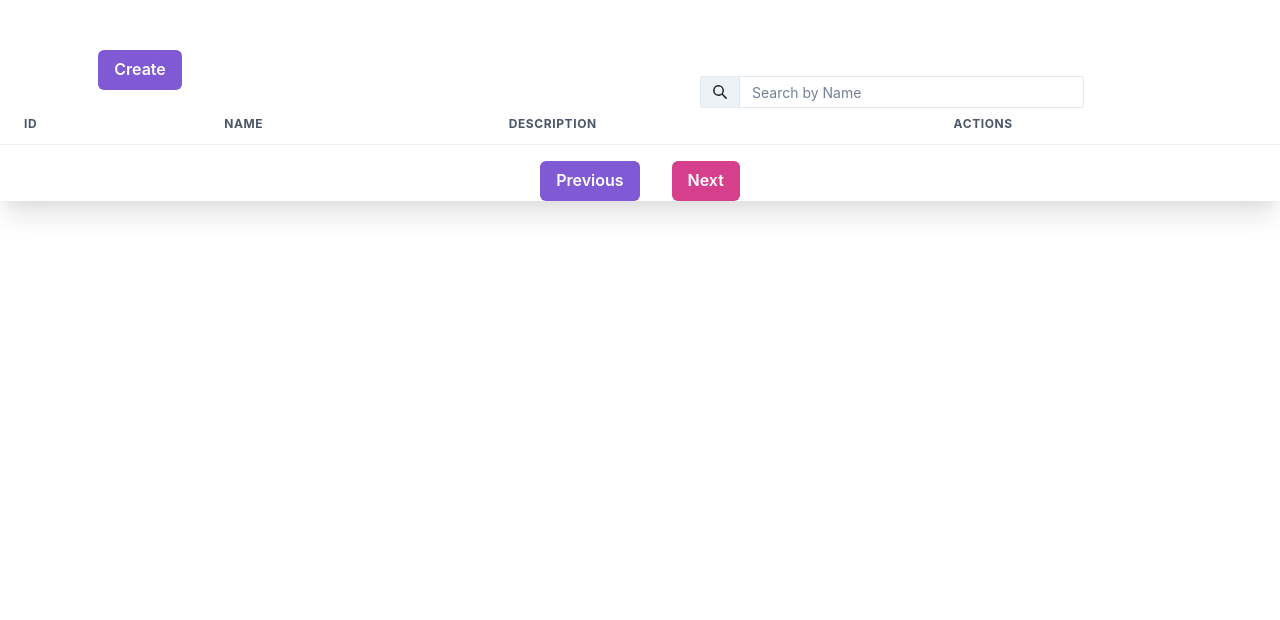
Repository: Andarg01/chakra-dashboard
Page: /
The author's editor kept a copy of each file at every save. The page is drawn from the files as they stood at one save, then again after the next save.
The browser window is 1280 px wide. The pictures show the whole page.
The project was rebuilt for these pictures with package versions that can differ from the ones it lists, and the page was loaded fresh each time.

Above is the page before, as saved 2024-03-05 02:37:31.

After the next save:
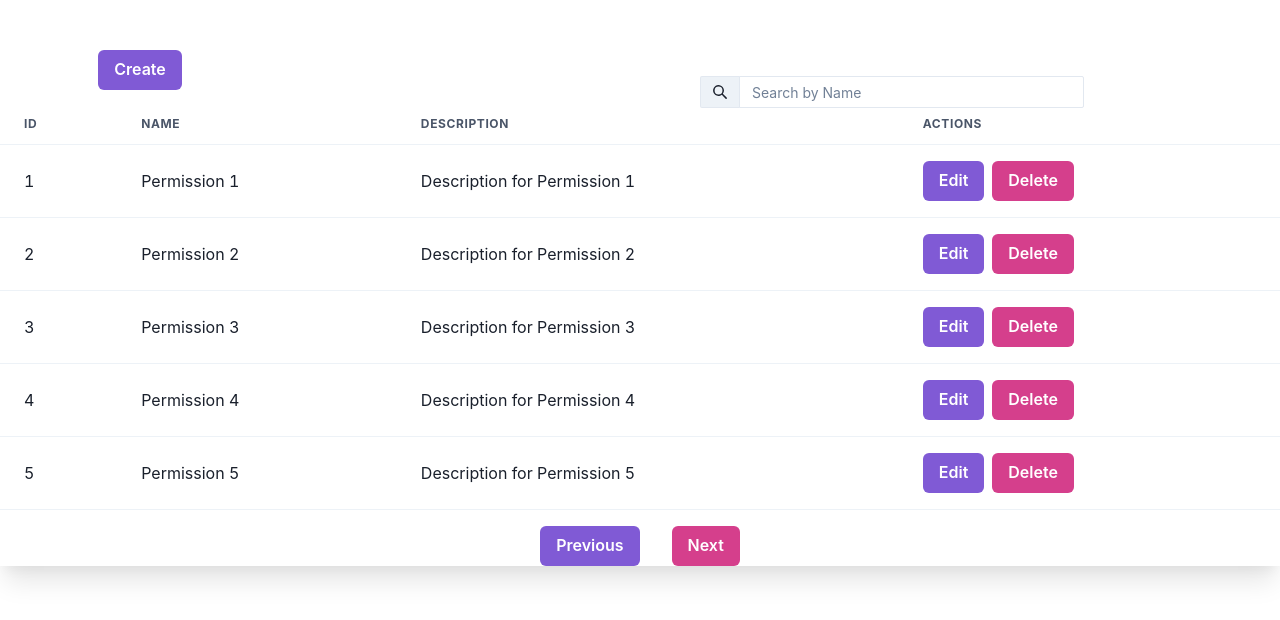
Saved 71 s later.
--- a/src/PermissionPage.tsx
+++ b/src/PermissionPage.tsx
@@ -35,7 +35,16 @@ interface Permission {
 
 const PermissionPage: React.FC = () => {
   const [permissions, setPermissions] = useState<Permission[]>([
-    // Your initial data...
+    { id: 1, name: 'Permission 1', description: 'Description for Permission 1' },
+    { id: 2, name: 'Permission 2', description: 'Description for Permission 2' },
+    { id: 3, name: 'Permission 3', description: 'Description for Permission 3' },
+    { id: 4, name: 'Permission 4', description: 'Description for Permission 4' },
+    { id: 5, name: 'Permission 5', description: 'Description for Permission 5' },
+    { id: 6, name: 'Permission 6', description: 'Description for Permission 6' },
+    { id: 7, name: 'Permission 7', description: 'Description for Permission 7' },
+    { id: 8, name: 'Permission 8', description: 'Description for Permission 8' },
+    { id: 9, name: 'Permission 9', description: 'Description for Permission 9' },
+    { id: 10, name: 'Permission 10', description: 'Description for Permission 10' },
   ]);
   const [currentPage, setCurrentPage] = useState(1);
   const [pageSize] = useState(5);
